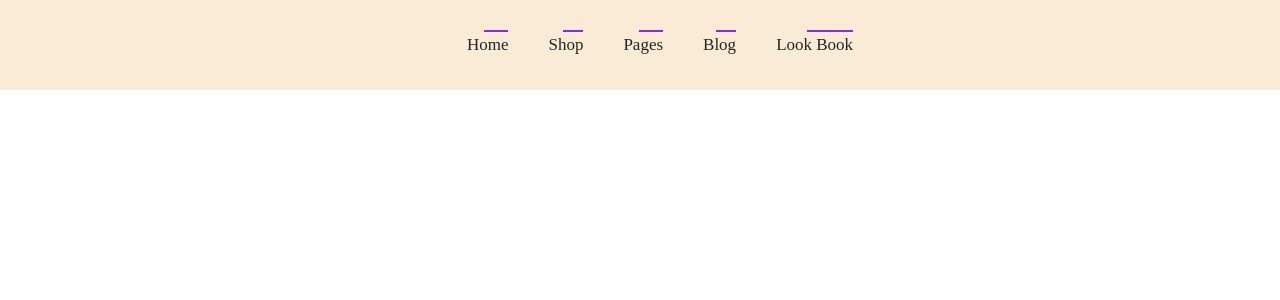
Repository: MorgunovaAlexandra/beauti
Page: index.html
An editor plug-in stored every save of this project. The page is shown before and after a run of saves, followed by the edit.
The browser window is 1280 px wide. The pictures show the whole page.

Above is the page before, as saved 2022-08-24 12:44:56.

After the next 2 saves:
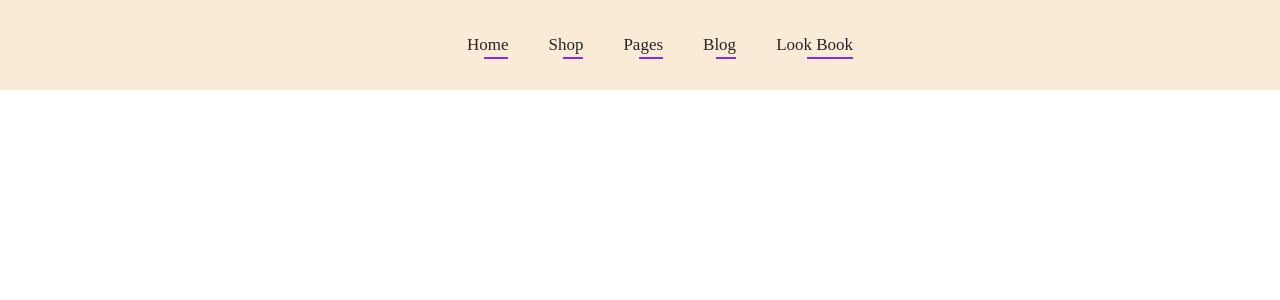
The 2 saves are shown as one change because they came seconds apart.
The last was saved 11 s later.
--- a/style.css
+++ b/style.css
@@ -61,7 +61,7 @@ a{
 }
 a::before{
     position: absolute;
-    top: -5px;
+    bottom: -5px;
     content: "";
     display: block;
     height: 2px;
